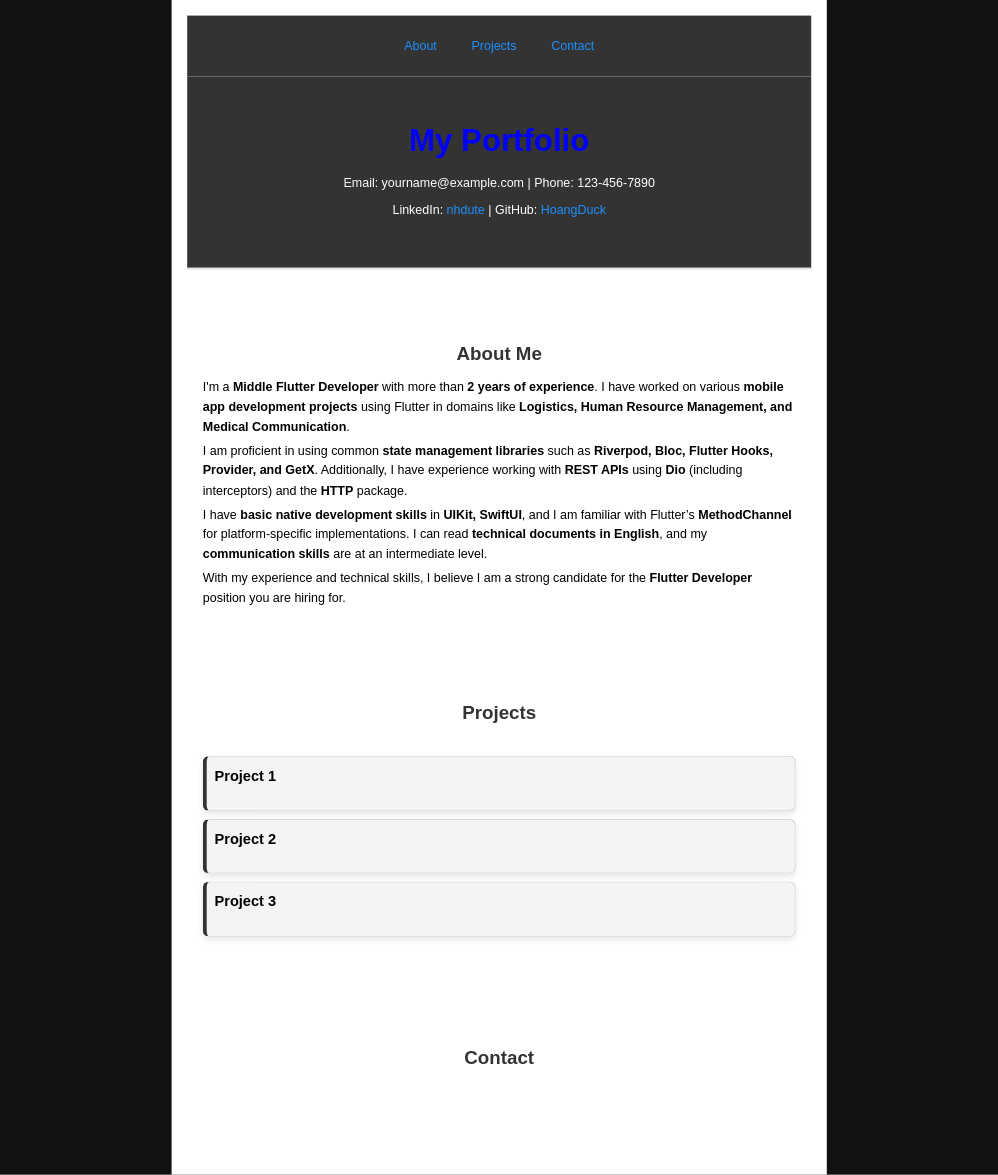
Repository: HoangDuck/portfolio
Page: index.html
An editor plug-in stored every save of this project. The page is shown before and after the next save, followed by the edit.
The browser window is 1280 px wide. The pictures show the whole page, at 78% of full size.

Above is the page before, as saved 2025-03-09 22:21:36.

### index.html
<!DOCTYPE html>
<html lang="en">
<head>
    <meta charset="UTF-8">
    <meta name="viewport" content="width=device-width, initial-scale=1.0">
    <title>My Portfolio</title>
    <link rel="stylesheet" href="style.css">
</head>
<body>
    <div class="portfolio-container">
        <nav>
            <ul>
                <li><a href="#about">About</a></li>
                <li><a href="#projects">Projects</a></li>
                <li><a href="#contact">Contact</a></li>
            </ul>
        </nav>
        <header>
            <h1 style="color: blue;">My Portfolio</h1>
            <p id="contact-info">Email: yourname@example.com | Phone: 123-456-7890</p>
            <p id="social-media">
                LinkedIn: <a href="https://www.linkedin.com/in/nhdute/">nhdute</a> |
                GitHub: <a href="https://github.com/HoangDuck">HoangDuck</a>
            </p>
        </header>
        <section id="about">
            <h2>About Me</h2>
            <p style="color: black;">I'm a <strong>Middle Flutter Developer</strong> with more than <strong>2 years of experience</strong>. I have worked on various <strong>mobile app development projects</strong> using Flutter in domains like <strong>Logistics, Human Resource Management, and Medical Communication</strong>.</p>
            <p style="color: black;">I am proficient in using common <strong>state management libraries</strong> such as <strong>Riverpod, Bloc, Flutter Hooks, Provider, and GetX</strong>. Additionally, I have experience working with <strong>REST APIs</strong> using <strong>Dio</strong> (including interceptors) and the <strong>HTTP</strong> package.</p>
            <p style="color: black;">I have <strong>basic native development skills</strong> in <strong>UIKit, SwiftUI</strong>, and I am familiar with Flutter’s <strong>MethodChannel</strong> for platform-specific implementations. I can read <strong>technical documents in English</strong>, and my <strong>communication skills</strong> are at an intermediate level.</p>
            <p style="color: black;">With my experience and technical skills, I believe I am a strong candidate for the <strong>Flutter Developer</strong> position you are hiring for.</p>
        </section>
        <section id="projects" class="projects">
            <h2>Projects</h2>
            <div class="projects-container">
                <ul id="project-list">
                    <li class="project-item">
                        <h3 style="color: black;">Project 1</h3>
                    </li>
                    <li class="project-item">
                        <h3 style="color: black;">Project 2</h3>
                    </li>
                    <li class="project-item">
                        <h3 style="color: black;">Project 3</h3>
                    </li>
                </ul>
            </div>
        </section>
        <section id="contact">
            <h2>Contact</h2>
            <p>Feel free to reach out to me via email or phone.</p>
        </section>
    </div>
    <script src="script.js"></script>
</body>
</html>

### style.css
body {
    font-family: Arial, sans-serif;
    line-height: 1.6;
    background-color: #121212;
    color: #ffffff;
    margin: 0;
    padding: 0;
}

.portfolio-container {
    width: 80%;
    margin: auto;
    overflow: hidden;
    background: white;
    padding: 20px;
    box-shadow: 0 0 10px rgba(0, 0, 0, 0.1);
    max-width: 800px;
    margin: 0 auto;
    padding: 20px;
}

nav {
    background: #333;
    color: #fff;
    padding: 10px 0;
    text-align: center;
}

nav ul {
    list-style: none;
    padding: 0;
    list-style-type: none;
    padding: 0;
}

nav ul li {
    display: inline;
    margin: 0 20px;
    display: inline;
    margin-right: 20px;
}

nav ul li a {
    color: #1e90ff; /* Primary blue color */
    text-decoration: none;
    color: #1e90ff; /* Primary blue color */
}

header {
    text-align: center;
    padding: 50px 0;
    background: #333;
    color: #fff;
    border-bottom: 2px solid #e4e4e4;
    margin-bottom: 20px;
    text-align: center;
    margin-bottom: 50px;
}

header h1 {
    margin: 0;
    font-size: 2.5em;
    color: #1e90ff; /* Primary blue color */
}

header p {
    margin: 10px 0;
}

h2 {
    font-size: 1.5em;
    margin-bottom: 10px;
    color: #555;
}

p {
    margin: 5px 0;
}

ul {
    list-style: none;
    padding: 0;
}

ul li {
    margin-bottom: 10px;
}

a {
    color: #1e90ff; /* Primary blue color */
    text-decoration: none;
}

a:hover {
    text-decoration: underline;
}

section {
    margin-bottom: 20px;
    margin-bottom: 50px;
}

.projects {
    background: #fff;
    padding: 20px;
    margin-top: 20px;
}

.projects h2 {
    text-align: center;
    color: #333;
}

#project-list {
    list-style: none;
    padding: 0;
}

#project-list li {
    background: #f4f4f4;
    margin: 10px 0;
    padding: 10px;
    border-left: 5px solid #333;
    margin-bottom: 10px;
}

#project-list li a {
    text-decoration: none;
    color: #1e90ff; /* Primary blue color */
}

#about, #contact {
    background: #fff;
    padding: 20px;
    margin-top: 20px;
}

#about h2, #contact h2 {
    text-align: center;
    color: #333;
}

.projects-container {
    display: flex;
    flex-direction: column;
}

.project-item {
    background-color: #f9f9f9;
    border: 1px solid #ccc;
    border-radius: 8px;
    padding: 10px;
    width: 100%;
    box-sizing: border-box;
    margin-bottom: 10px;
    box-shadow: 0 4px 8px rgba(0, 0, 0, 0.1);
    transition: transform 0.3s;
}

.project-item:hover {
    transform: translateY(-10px);
}

.project-item h3 {
    margin-top: 0;
}

.project-item p {
    color: #666;
}

.project-item a {
    color: #007bff;
    text-decoration: none;
}

.project-item a:hover {
    text-decoration: underline;
}

### script.js
document.addEventListener('DOMContentLoaded', () => {
    console.log('Portfolio loaded successfully!');
});

After the next save:
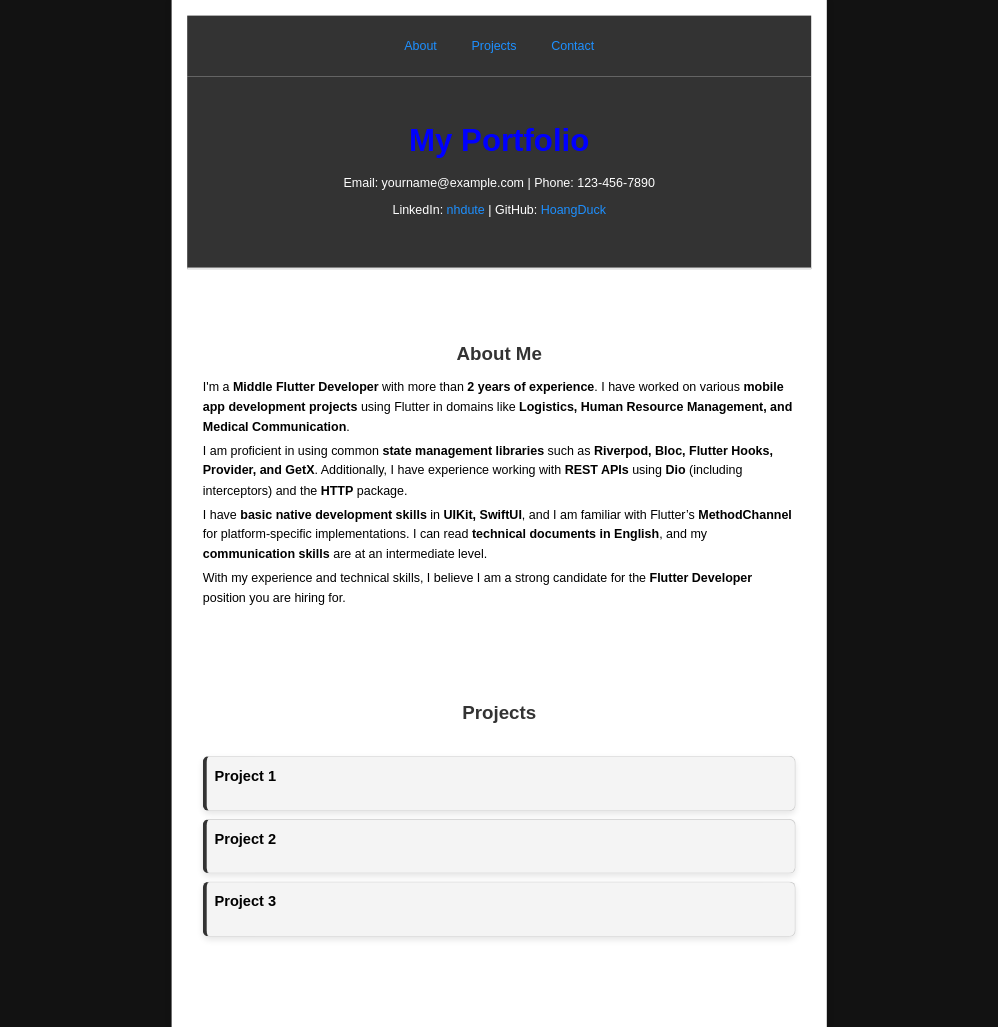
Saved 34 s later.
--- a/index.html
+++ b/index.html
@@ -46,10 +46,7 @@
                 </ul>
             </div>
         </section>
-        <section id="contact">
-            <h2>Contact</h2>
-            <p>Feel free to reach out to me via email or phone.</p>
-        </section>
+        <!-- Removed the contact section -->
     </div>
     <script src="script.js"></script>
 </body>
